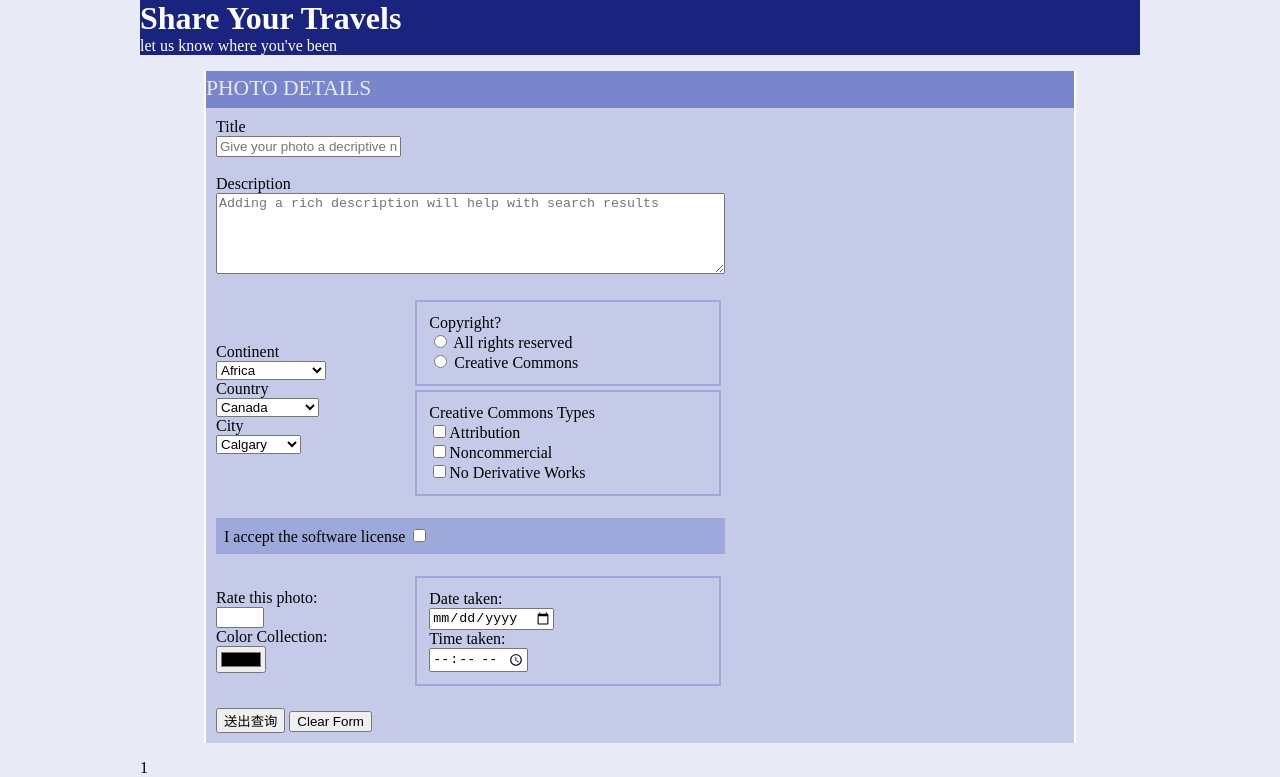
Repository: thomasTAT/UM
Page: cisc3003/CISC3003-EclipseWS-Practices-2023/CISC3003-Practice04-2023FEB17/public/cisc3003-practice04.html
The author's editor kept a copy of each file at every save. The page is drawn from the files as they stood at one save, then again after a run of saves.
The browser window is 1280 px wide. The pictures show the whole page.

Above is the page before, as saved 2023-02-24 01:48:47.

### cisc3003/CISC3003-EclipseWS-Practices-2023/CISC3003-Practice04-2023FEB17/public/cisc3003-practice04.html
<!DOCTYPE html>
<html lang="en">

<head>
    <meta charset="utf-8">
    <title>CISC3003: Practice 04</title>
    <link rel="stylesheet" href="css/reset.css">
    <link rel="stylesheet" href="css/cisc3003-practice04.css">
</head>

<body>
    <header>
        <h1>Share Your Travels</h1>
        <p>let us know where you've been</p>
    </header>
    <main>
        <section>
            <h2 style="display: none">This is a form</h2>
            <form action="process.php">
                <fieldset>
                    <legend>Photo Details</legend>
                    <table>
                        <tr>
                            <td colspan="2">
                                <label for="title">Title</label>
                                <br>
                                <input type="text" name="title" id="title"
                                    placeholder="Give your photo a decriptive name">
                            </td>
                        </tr>
                        <tr>
                            <td colspan="2">
                                <label for="description"> Description </label>
                                <br>
                                <textarea id="description" name="description" rows="5" cols="61"
                                    placeholder="Adding a rich description will help with search results"></textarea>
                            </td>
                        </tr>
                        <tr>
                            <td>
                                <label for="continent">Continent</label>
                                <br>
                                <select name="continent" id="continent">
                                    <option value="africa">Africa</option>
                                    <option value="asia">Asia</option>
                                    <option value="eu">Europe</option>
                                    <option value="NA">North America</option>
                                    <option value="SA">South America</option>
                                </select>
                                <br>
                                <label for="country">Country</label>
                                <br>
                                <select name="country" id="country">
                                    <option value="canada">Canada</option>
                                    <option value="mexico">Mexico</option>
                                    <option value="united-states">United States</option>
                                </select>
                                <br>
                                <label for="city">City</label>
                                <br>
                                <select name="city" id="city">
                                    <option value="calgary">Calgary</option>
                                    <option value="montreal">Montreal</option>
                                    <option value="toronto">Toronto</option>
                                    <option value="vancouver">Vancouver</option>
                                </select>
                                <br>
                            </td>
                            <td>
                                <div class="border">
                                    <label>Copyright?</label>
                                    <br>
                                    <input type="radio" name="reserved" id="reserved" value="reserved">
                                    <label for="reserved">All rights reserved</label>
                                    <br>
                                    <input type="radio" name="commons" id="commons" value="commons">
                                    <label for="commons">Creative Commons</label>
                                    <br>
                                </div>
                                <div class="border">
                                    <label>Creative Commons Types</label>
                                    <br>
                                    <input type="checkbox" name="cc[]" value="1">Attribution
                                    <br>
                                    <input type="checkbox" name="cc[]" value="2">Noncommercial
                                    <br>
                                    <input type="checkbox" name="cc[]" value="3">No Derivative
                                    Works <br>
                                </div>
                            </td>
                        </tr>
                        <tr>
                            <td colspan="2">
                                <div class="background">
                                    I accept the software license
                                    <input type="checkbox" name="accept-license" value="1">
                                </div>
                            </td>
                        </tr>
                        <tr>
                            <td>
                                <label for="rate">Rate this photo: </label>
                                <br>
                                <input type="number" min="1" max="5" name="rate" id="rate">
                                <br>
                                <label for="color">Color Collection:</label>
                                <br>
                                <input type="color" name="color" id="color">
                                <br>
                            </td>
                            <td>
                                <div class="border">
                                    <label for="date">Date taken:</label>
                                    <br>
                                    <input type="date" name="date" id="date">
                                    <br>
                                    <label for="time">Time taken:</label>
                                    <br>
                                    <input type="time" name="time" id="time">
                                    <br>
                                </div>
                            </td>
                        </tr>
                        <tr>
                            <td colspan="2">
                                <div class="stripe">
                                    <input type="submit" value="送出查询" class="rounded">
                                    <input type="reset" value="Clear Form" class="rounded">
                                </div>
                            </td>
                        </tr>
                    </table>
                </fieldset>
            </form>
        </section>
    </main>
</body>
1
</html>

### cisc3003/CISC3003-EclipseWS-Practices-2023/CISC3003-Practice04-2023FEB17/public/css/reset.css
html, body, header, footer, hgroup, nav, main, article, section, figure, figcaption, h1, h2, h3, ul, li, body, div, p, img
{
   margin: 0;
   padding: 0;
   font-size: 100%;
   vertical-align: baseline;
   border: 0;
}

### cisc3003/CISC3003-EclipseWS-Practices-2023/CISC3003-Practice04-2023FEB17/public/css/cisc3003-practice04.css
header {
    background-color: #1a237e;
    color: white
}

main {
    background-color: white;
    margin: 1em 4em 1em 4em;
    margin-top
    padding: 1em;

}

body {
    background-color: #e8eaf6;
    max-width: 1000px;
    margin-left: auto;
    margin-right: auto;
}

h1 {
    font-size: 2rem;
}

header p {
    font-size: 1rem;
}

fieldset {
    background-color: #c5cae9;
    border: none;
    padding: 0;
}

legend {
    font-size: 1.35rem;
    background-color: #7986cb;
    height: 1.7rem;
    color: #e8eaf6;
    text-transform: uppercase;
    width: 100%;
    margin: 0;
    padding: 5px 0;
}

.background {
    background-color: #9fa8da;
    padding: 0.5em;
}

table td {
    padding: 0.5em;
}

.border {
    border: 2px solid #9fa8da;
    margin: 0.25em;
    padding: 0.75em;
}

After the next 3 saves:
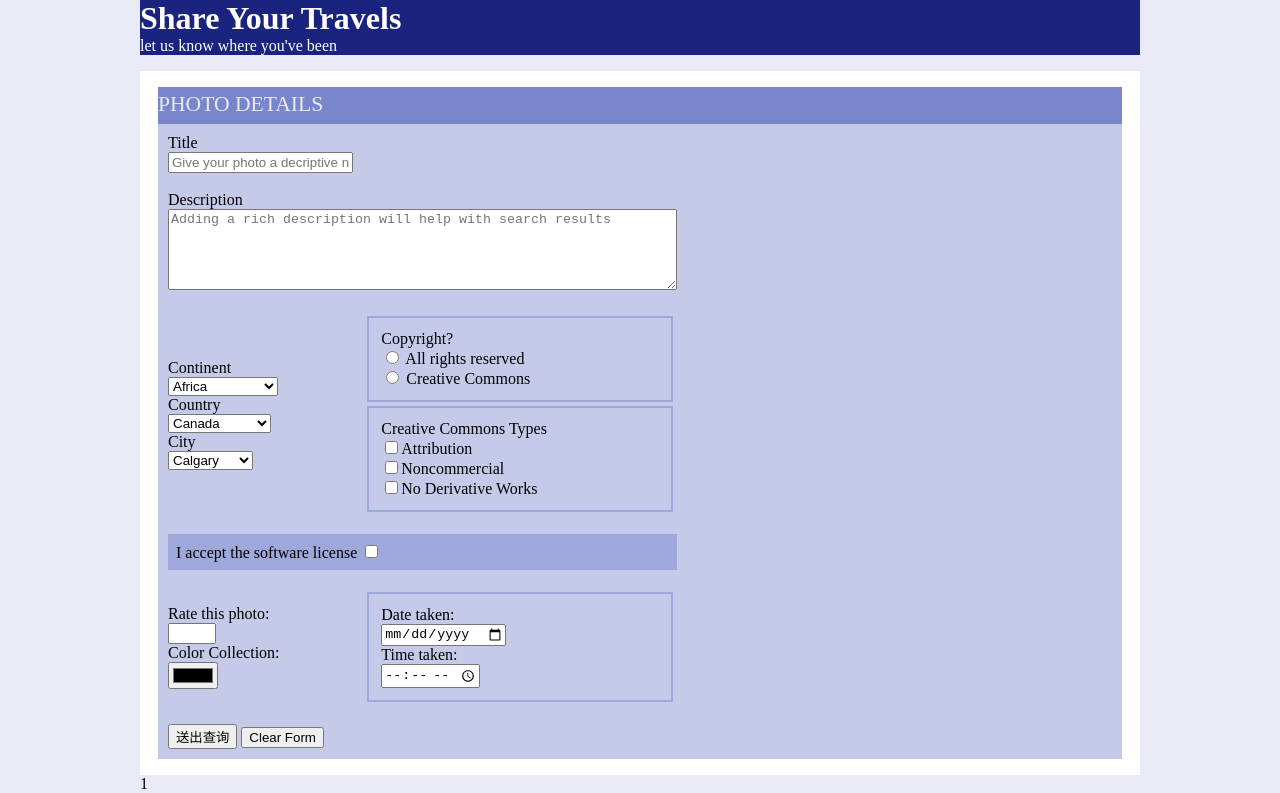
The 3 saves are shown as one change because they came seconds apart.
The last was saved 8 s later.
--- a/cisc3003/CISC3003-EclipseWS-Practices-2023/CISC3003-Practice04-2023FEB17/public/css/cisc3003-practice04.css
+++ b/cisc3003/CISC3003-EclipseWS-Practices-2023/CISC3003-Practice04-2023FEB17/public/css/cisc3003-practice04.css
@@ -5,8 +5,7 @@ header {
 
 main {
     background-color: white;
-    margin: 1em 4em 1em 4em;
-    margin-top
+    margin-top:1em;
     padding: 1em;
 
 }
